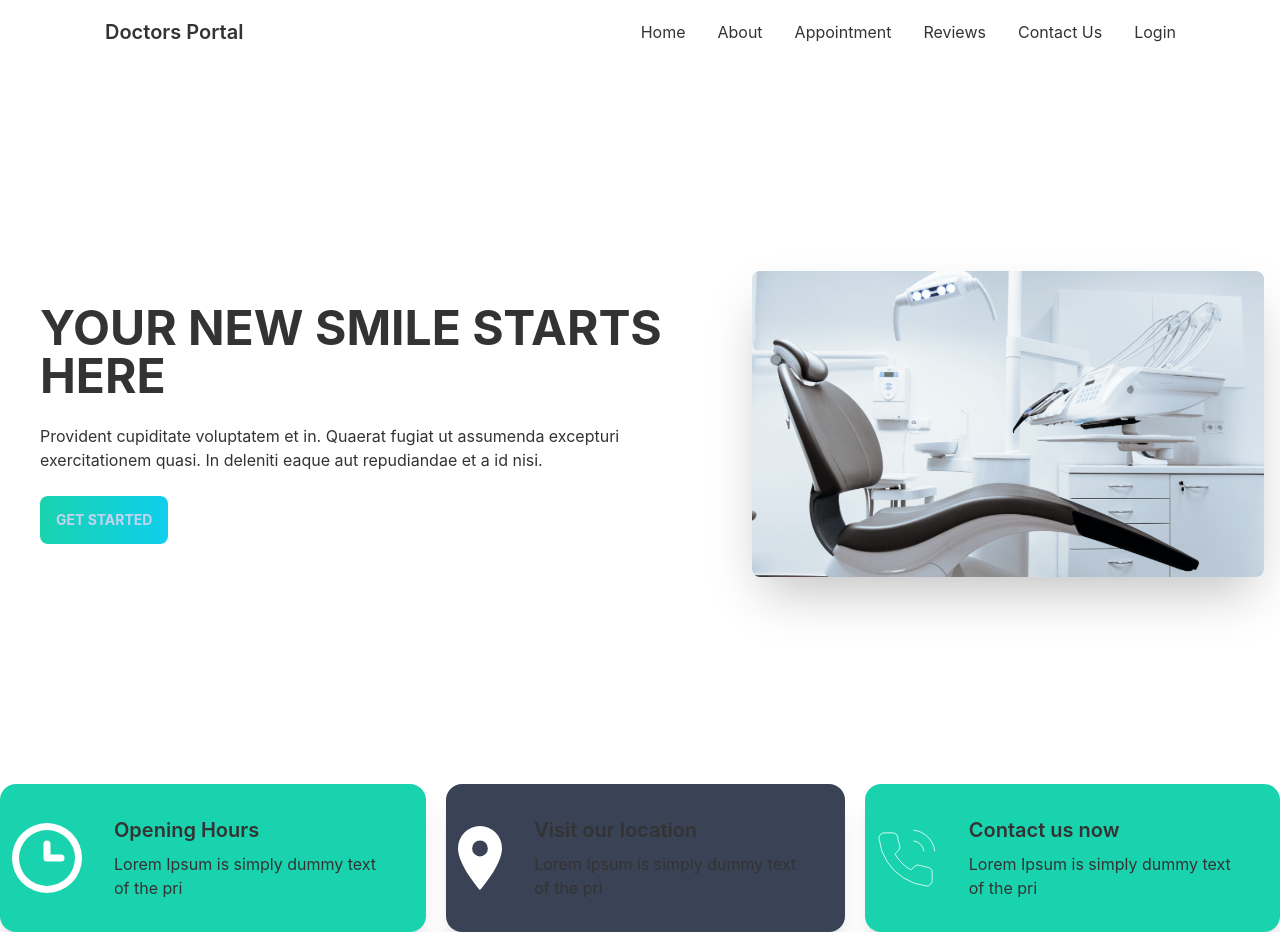
Repository: shikubro90/doctorsportal
Page: /
The author's editor kept a copy of each file at every save. The page is drawn from the files as they stood at one save, then again after the next save.
The browser window is 1280 px wide. The pictures show the whole page.
The project was rebuilt for these pictures with package versions that can differ from the ones it lists, and the page was loaded fresh each time. Also part of the build but not shown: src/App.css, src/Pages/About/About.jsx.

Above is the page before, as saved 2022-09-28 17:04:32.

### src/App.js
import { Route, Routes } from 'react-router-dom';
import './App.css';
import About from './Pages/About/About';
import Home from './Pages/Home/Home';
import Navbar from './Shared/Navbar';

function App() {
  return (
    <div className="App">
      <Navbar/>
      <Routes>
        <Route path='/' element={<Home/>}/>
        <Route path='/home' element={<Home/>}/>
        <Route path='/about' element={<About/>}/>
      </Routes>
    </div>
  );
}

export default App;

### src/Pages/Home/Home.jsx
import React from 'react'
import Banner from './Banner'
import BasicInfo from './BasicInfo'

const Home = () => {
  return (
    <div>
      <Banner />
      <BasicInfo/>
    </div>
  )
}

export default Home

### src/Shared/Navbar.jsx
import React from 'react'
import { Link } from 'react-router-dom'

const Navbar = () => {
  return (
    <div className="px-20">
      <div className="navbar bg-base-100">
        <div className="navbar-start">
          <div className="dropdown">
            <label tabIndex={0} className="btn btn-ghost lg:hidden">
              <svg
                xmlns="http://www.w3.org/2000/svg"
                className="h-5 w-5"
                fill="none"
                viewBox="0 0 24 24"
                stroke="currentColor"
              >
                <path
                  strokeLinecap="round"
                  strokeLinejoin="round"
                  strokeWidth="2"
                  d="M4 6h16M4 12h8m-8 6h16"
                />
              </svg>
            </label>
            <ul
              tabIndex={0}
              className="menu menu-compact dropdown-content mt-3 p-2 shadow bg-base-100 rounded-box w-52"
            >
              <li>
                <Link to="/home">Home</Link>
              </li>
              <li>
                <Link to="/about">About</Link>
              </li>
              <li>
                <Link to="/appointment">Appointment</Link>
              </li>
              <li>
                <Link to="/review">Reviews</Link>
              </li>
              <li>
                <Link to="/contact">Contact Us</Link>
              </li>
              <li>
                <Link to="/contact">Login</Link>
              </li>
            </ul>
          </div>
          <Link to="/" className='btn btn-ghost normal-case text-xl'>Doctors Portal</Link>
        </div>

        <div className="navbar-center hidden lg:flex">

          <ul className="menu menu-horizontal p-0 pl-20">
            <li>
              <Link to="/home">Home</Link>
            </li>
            <li>
              <Link to="/about">About</Link>
            </li>
            <li>
              <Link to="/appointment">Appointment</Link>
            </li>
            <li>
              <Link to="/review">Reviews</Link>
            </li>
            <li>
              <Link to="/contact">Contact Us</Link>
            </li>
            <li>
              <Link to="/contact">Login</Link>
            </li>
          </ul>

        </div>

      </div>

    </div>
  )
}

export default Navbar

### src/Pages/Home/Banner.jsx
import React from 'react'
import heroImage from '../../assets/images/chair.png'
import ButtonPrimary from '../../Shared/ButtonPrimary'

function Banner() {
  return (
    <div className=''>
      <div className="hero min-h-screen">
        <div className="hero-content flex flex-col lg:flex-row-reverse">
          <img
            src={heroImage}
            className="max-w-lg rounded-lg shadow-2xl"
            alt='bannerImage'
          />
          <div className='px-6'>
            <h1 className="text-5xl font-bold uppercase">Your New Smile Starts Here</h1>
            <p className="py-6 ">
              Provident cupiditate voluptatem et in. Quaerat fugiat ut assumenda
              excepturi exercitationem quasi. In deleniti eaque aut repudiandae
              et a id nisi.
            </p>
            <ButtonPrimary>{"Get Started"}</ButtonPrimary>
          </div>
        </div>
      </div>
    </div>
  )
}

export default Banner

### src/Pages/Home/BasicInfo.jsx
import MiniCard from './MiniCard'
import { miniCard } from '../../assets/resourse/Resourse.js'

const BasicInfo = () => {
  return (
    <div className="flex items-center justify-center gap-5">
      {miniCard.map(({ id, icon, title, style, disc }) => {
        return (
          <MiniCard
            id={id}
            icon={icon}
            title={title}
            style={style}
            disc={disc}
          />
        )
      })}
    </div>
  )
}

export default BasicInfo

### src/Shared/ButtonPrimary.jsx
function ButtonPrimary({ children }) {
  return (
    <div>
      <button className="btn bg-gradient-to-r from-secondary to-primary border-none font-bold">
        {children}
      </button>
    </div>
  )
}

export default ButtonPrimary

### src/Pages/Home/MiniCard.jsx
const MiniCard = (props) => {
  const { id, icon, title, style, disc } = props
  return (
    <div
      key={id}
      className="card card-side bg-base-100 shadow-xl flex items-center justify-center px-3"
      style={style}
    >
      <div className="">
        <img src={icon} alt="icon" />
      </div>
      <div className="card-body">
        <h2 className="card-title">{title}</h2>
        <p>{disc}</p>
      </div>
    </div>
  )
}

export default MiniCard

### src/assets/resourse/Resourse.js
import clock from "../icons/clock.svg"
import marker from '../icons/marker.svg'
import phone from '../icons/phone.svg'

export const miniCard =[
    {
        id : 0,
        icon : clock,
        title : "Opening Hours",
        disc : "Lorem Ipsum is simply dummy text of the pri",
        style : {background : "#19D3AE"}
    },
    {
        id : 1,
        icon : marker,
        title : "Visit our location",
        disc : "Lorem Ipsum is simply dummy text of the pri",
        style : {background : "#3A4256"}
    },
    {
        id : 2,
        icon : phone,
        title : "Contact us now",
        disc : "Lorem Ipsum is simply dummy text of the pri",
        style : {background : "#19D3AE"}
    }
]

### tailwind.config.js
/** @type {import('tailwindcss').Config} */
module.exports = {
  content: [
    "./src/**/*.{js,jsx,ts,tsx}",
  ],
  theme: {
    extend: {},
  },
  daisyui: {
    themes: [
      {
       doctorstheme: {
          primary: "#0FCFEC",
          secondary: "#19D3AE",
          accent: "#3A4256",
          neutral: "#3d4451",
          "base-100": "#ffffff",
        },
      },
      "light",
      "cupcake",
    ],
  },
  plugins: [require("daisyui")],
}

Loaded but not shown: public/index.html (common file); src/index.js (common file); src/index.css (common file); src/reportWebVitals.js (common file)

After the next save:
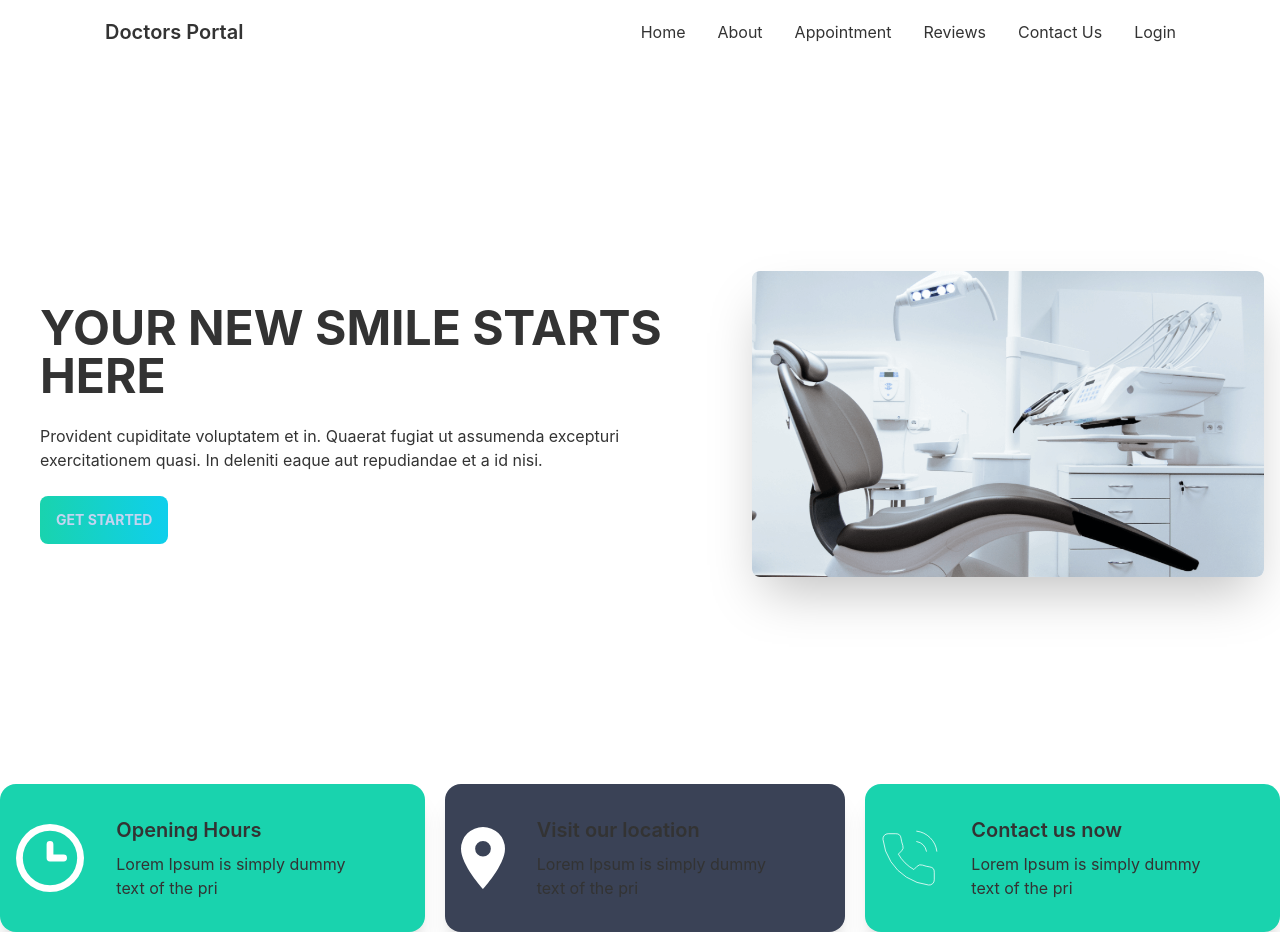
Saved 25 s later.
--- a/src/Pages/Home/MiniCard.jsx
+++ b/src/Pages/Home/MiniCard.jsx
@@ -3,7 +3,7 @@ const MiniCard = (props) => {
   return (
     <div
       key={id}
-      className="card card-side bg-base-100 shadow-xl flex items-center justify-center px-3"
+      className="card card-side bg-base-100 shadow-xl flex items-center justify-center px-4"
       style={style}
     >
       <div className="">
